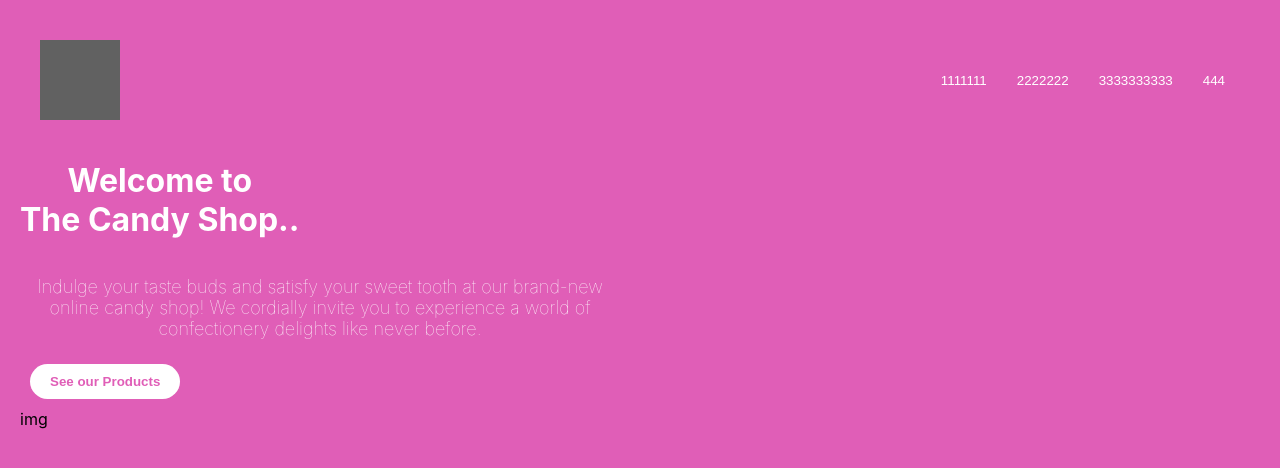
Repository: nika-otter/CandyShop
Page: /
The author's editor kept a copy of each file at every save. The page is drawn from the files as they stood at one save, then again after the next save.
The browser window is 1280 px wide. The pictures show the whole page.
Pictures or frames that could not be fetched are drawn as grey boxes. An inner scrolling area shows only its first screen. The project was rebuilt for these pictures with package versions that can differ from the ones it lists, and the page was loaded fresh each time.

Above is the page before, as saved 2023-06-11 10:02:14.

### src/App.js
import "./App.css";
import Main from "./Pages/Main";

function App() {
  return (
    <div className="App">
      <Main />
    </div>
  );
}

export default App;

### src/App.css
.App {
  text-align: center;
  /* scrollbar-width: none; */
}

.App-logo {
  height: 40vmin;
  pointer-events: none;
}

@media (prefers-reduced-motion: no-preference) {
  .App-logo {
    animation: App-logo-spin infinite 20s linear;
  }
}

.App-header {
  background-color: #282c34;
  min-height: 100vh;
  display: flex;
  flex-direction: column;
  align-items: center;
  justify-content: center;
  font-size: calc(10px + 2vmin);
  color: white;
}

.App-link {
  color: #61dafb;
}

@keyframes App-logo-spin {
  from {
    transform: rotate(0deg);
  }
  to {
    transform: rotate(360deg);
  }
}

### src/Pages/Main.jsx
import Cupcake from "../components/Cupcake";
import Map from "../components/Map";
import Reviews from "../components/Reviews";
import We from "../components/We";
import WhatWeDo from "../components/WhatWeDo";
import classes from "./Main.module.scss";

function Main() {
  return (
    <div className={classes.container}>
      <Cupcake />
      <We />
      <WhatWeDo />
      <Reviews />
      <Map />
    </div>
  );
}

export default Main;

### src/components/Cupcake.jsx
import classes from "./Cupcake.module.scss";
import Nav from "./Nav";
function Cupcake() {
  return (
    <div className={classes.container}>
      <Nav />
      <div className={classes.content}>
        <div className={classes.info}>
          <h1 className={classes.cupcake__title}>
            Welcome to
            <br />
            The Candy Shop..
          </h1>
          <h2 className={classes.cupcake__subtitle}>
            Indulge your taste buds and satisfy your sweet tooth at our
            brand-new online candy shop! We cordially invite you to experience a
            world of confectionery delights like never before.
          </h2>
          <button className={classes.cupcake__button}>See our Products</button>
        </div>
        <div className={classes.cupcake}>img</div>
      </div>
    </div>
  );
}

export default Cupcake;

### src/components/Map.jsx
import classes from "./Map.module.scss";
function Map() {
  return <div className={classes.container}></div>;
}

export default Map;

### src/components/Reviews.jsx
import classes from "./Reviews.module.scss";
function Reviews() {
  return <div className={classes.container}>Reviews</div>;
}

export default Reviews;

### src/components/We.jsx
import classes from "./We.module.scss";
function We() {
  return <div className={classes.container}>We</div>;
}

export default We;

### src/components/WhatWeDo.jsx
import classes from "./WhatWeDo.module.scss";
function WhatWeDo() {
  return <div className={classes.container}>WhatWeDo</div>;
}

export default WhatWeDo;

### src/Pages/Main.module.scss
.container {
  height: 100vh;
  background-color: pink;
  scroll-snap-type: y mandatory;
  scroll-behavior: smooth;
  overflow-y: auto;
  scrollbar-width: none;
  &::-webkit-scrollbar {
    display: none;
  }
}

### src/components/Cupcake.module.scss
.container {
  height: 100vh;
  background-color: rgb(224, 94, 183);
  scroll-snap-align: center;
  max-width: 1400px;
  padding: 20px;
  //   display: flex;
  //   justify-content: space-between;
}
.content {
  display: flex;
  justify-content: space-between;
  flex-direction: column;
  align-items: flex-start;
}
.info {
  width: 600px;
  //   display: flex;
  //   align-items: start;
  display: flex;
  // justify-content: space-between;
  flex-direction: column;
  align-items: flex-start;
  button {
    background-color: white;
    border: none;
    border-radius: 30px;
    cursor: pointer;
    padding: 10px 20px;
    font-weight: 600;
    margin: 10px;
    color: rgb(224, 94, 183);

    &:hover {
    }
  }
}
.cupcake__title {
  //   font-size: large;
  color: white;
  //   text-align: start;
}
.cupcake__subtitle {
  color: white;
  font-weight: 100;
  font-size: large;
  //   text-align: start;
}
.cupcake {
  //   width: 500vw;
}

### src/components/Nav.jsx
import classes from "./Nav.module.scss";
function Nav() {
  return (
    <nav className={classes.container}>
      <img
        src="https://cdn-icons-png.flaticon.com/512/1888/1888765.png"
        alt=""
      />
      <div>
        {" "}
        <button>1111111</button>
        <button>2222222</button>
        <button>3333333333</button>
        <button>444</button>
      </div>
    </nav>
  );
}

export default Nav;

### src/components/Map.module.scss
.container {
  height: 100vh;
  background-color: rgb(205, 127, 140);
  scroll-snap-align: center;
}

### src/components/Reviews.module.scss
.container {
  height: 100vh;
  background-color: pink;
  scroll-snap-align: center;
}

### src/components/We.module.scss
.container {
  height: 100vh;
  background-color: rgb(209, 183, 188);
  scroll-snap-align: center;
}

### src/components/WhatWeDo.module.scss
.container {
  height: 100vh;
  background-color: rgb(171, 116, 125);
  scroll-snap-align: center;
}

### src/components/Nav.module.scss
.container {
  display: flex;
  justify-content: space-between;
  padding: 20px;
  max-width: 1400px;
  align-items: center;
  img {
    width: 80px;
    height: 80px;
    filter: invert(100%);
  }
  button {
    background-color: transparent;
    border: none;
    cursor: pointer;
    padding: 5px;
    margin: 10px;
    color: white;
    &:hover {
      background-color: #f5f5f530;
      border-radius: 5px;
    }
  }
}

Loaded but not shown: public/index.html (common file); src/index.js (common file); src/index.css (common file)

After the next save:
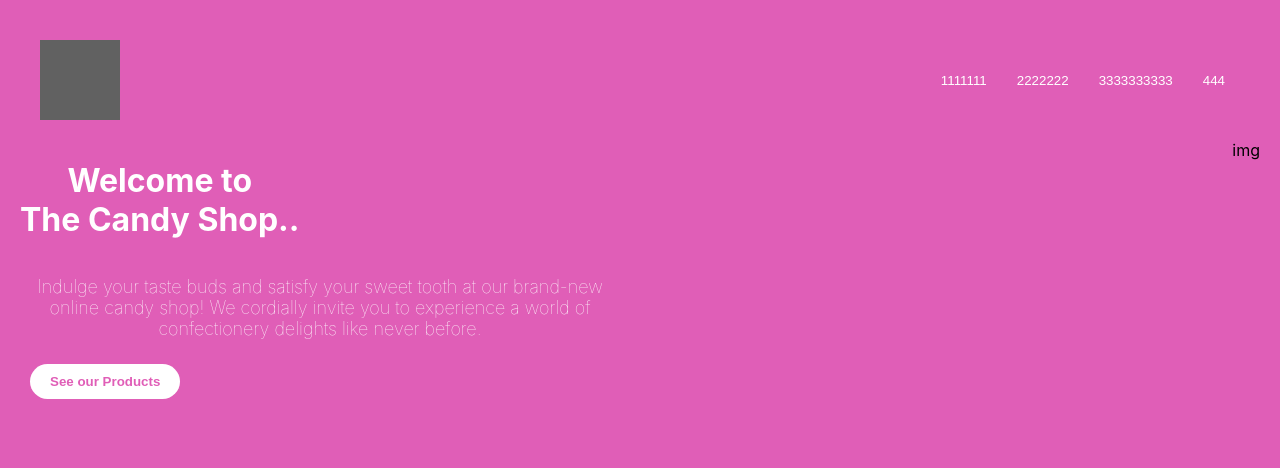
Saved 9 s later.
--- a/src/components/Cupcake.module.scss
+++ b/src/components/Cupcake.module.scss
@@ -10,8 +10,8 @@
 .content {
   display: flex;
   justify-content: space-between;
-  flex-direction: column;
-  align-items: flex-start;
+  //   flex-direction: column;
+  //   align-items: flex-start;
 }
 .info {
   width: 600px;
